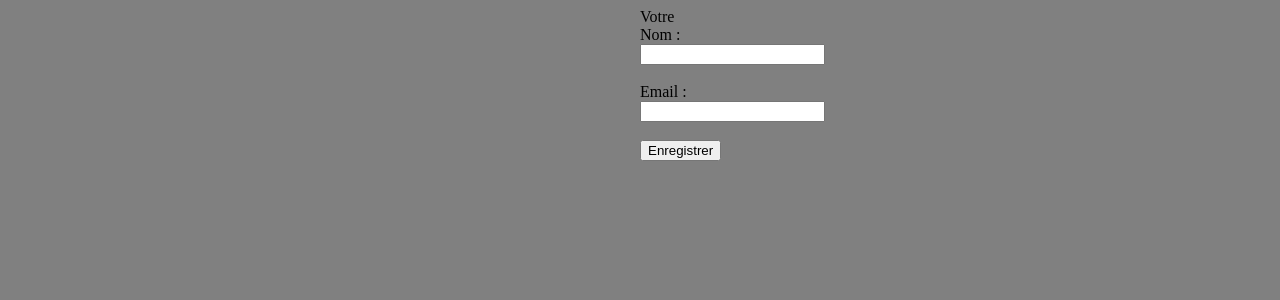
Repository: Haidara-97/TPJEE
Page: http://localhost/AppTest/
An editor plug-in stored every save of this project. The page is shown before and after the next save, followed by the edit.
The browser window is 1280 px wide. The pictures show the whole page.
The page is served by Tomcat 9.

Above is the page before, as saved 2025-06-18 11:36:18.

After the next save:
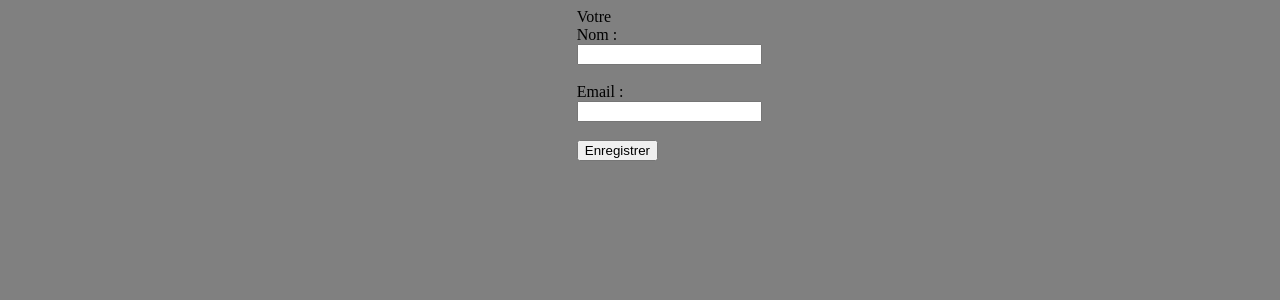
Saved 30 s later.
--- a/AppTest/src/main/webapp/index.jsp
+++ b/AppTest/src/main/webapp/index.jsp
@@ -14,7 +14,7 @@ align-items: center;
 .form{
 width: 60px;
 height: 30px;
-margin-left:50%;
+margin-left:45%;
 }
 
 </style>
